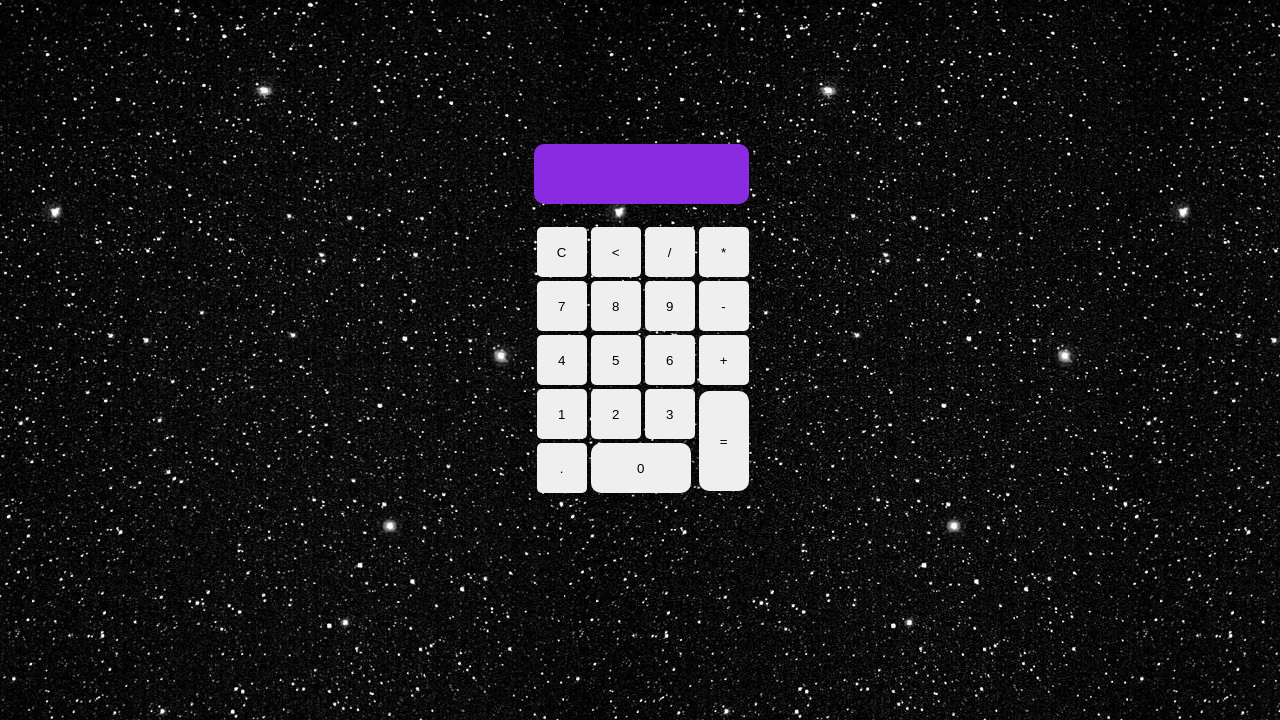
Repository: mariele-huff/calculadora
Page: index.html
An editor plug-in stored every save of this project. The page is shown before and after the next save, followed by the edit.
The browser window is 1280 px wide. The pictures show the whole page.

Above is the page before, as saved 2022-08-14 12:41:37.

After the next save:
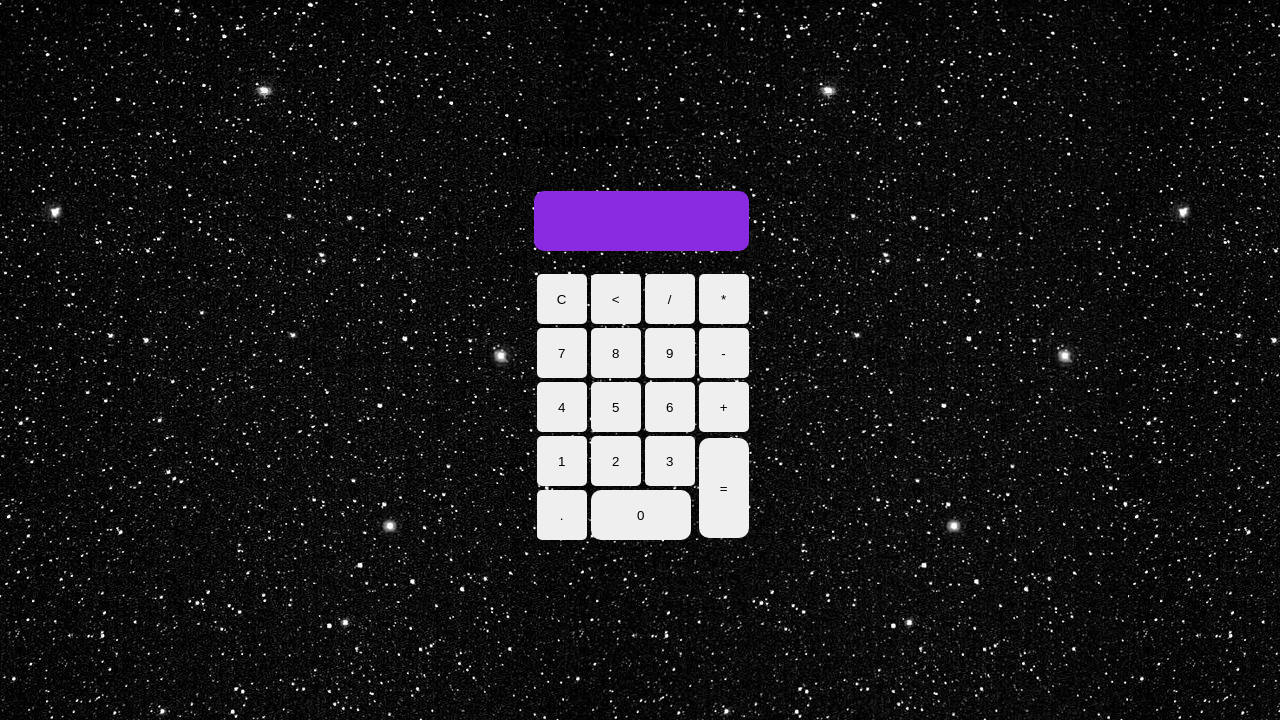
Saved 48 s later.
--- a/index.html
+++ b/index.html
@@ -16,6 +16,7 @@
 
     <div class="frase"></div>
     <div class="calculadora">
+        <h2>Calculadora</h2>
     </br>
         <div id="resultado"></div>
         <table>
